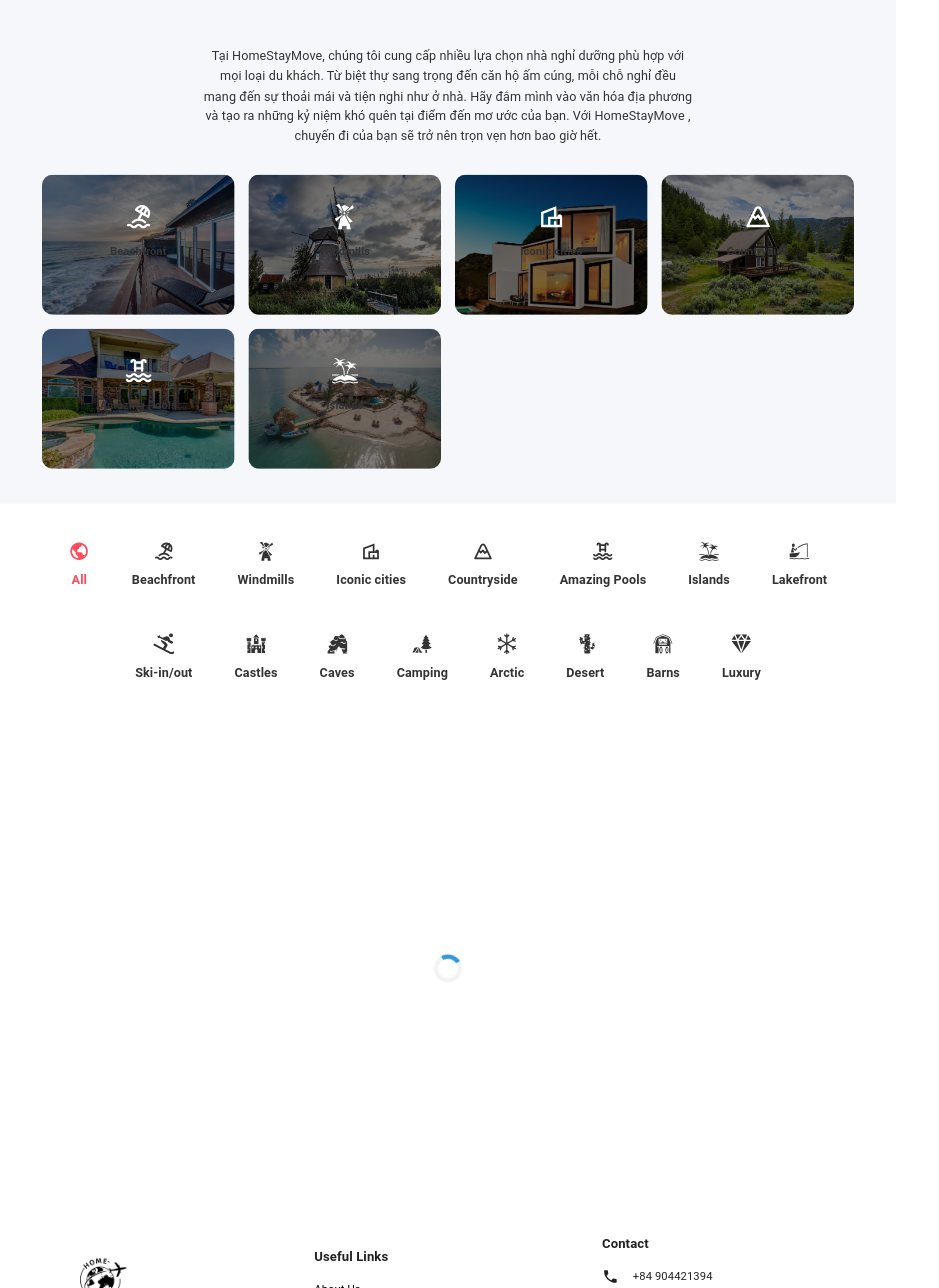
Repository: minhquang203/Homestay
Page: / (app in client/)
These files come from the project's save history. The page is drawn as it stood at one moment and after the next save; the edit follows.
The browser window is 1280 px wide. The page is 1342 px wide, so the pictures cover 1342 px, including what lies to the right of the window. The pictures show the part of the page from y = 841 to 2681 px (the page is 2782 px tall before and 2822 px after), at 70% of full size.
The page's requests for data from a server got no answer. The project was rebuilt for these pictures with package versions that can differ from the ones it lists, and the page was loaded fresh each time. No one was signed in, and anything a server would have sent is missing. Also part of the build but not shown: client/src/styles/ListingCard.scss, client/src/components/ListingCard.jsx, client/src/styles/variable.scss, client/src/styles/List.scss, client/src/pages/CategoryPage.jsx, client/src/styles/CreateListing.scss, client/src/pages/CreateListing.jsx, client/src/styles/ListingDetails.scss and 17 more.

Above is the page before, as saved 2025-04-03 23:58:48.

### client/public/index.html
<!DOCTYPE html>
<html lang="en">
  <head>
    <meta charset="utf-8" />
    <link rel="icon" href="%PUBLIC_URL%/favicon.ico" />
    <meta name="viewport" content="width=device-width, initial-scale=1" />
    <meta name="theme-color" content="#000000" />
    <meta
      name="description"
      content="Web site created using create-react-app"
    />
    <link rel="apple-touch-icon" href="%PUBLIC_URL%/logo192.png" />
    <link rel="manifest" href="%PUBLIC_URL%/manifest.json" />
    <link rel="preconnect" href="https://fonts.googleapis.com">
    <link rel="preconnect" href="https://fonts.gstatic.com" crossorigin>
    <link href="https://fonts.googleapis.com/css2?family=Nunito:ital,wght@0,200..1000;1,200..1000&display=swap" rel="stylesheet">
    <title>HomeStayMove</title>
  </head>
  <body>
    <div id="root"></div>

  </body>
</html>

### client/src/index.js
import { CssBaseline, ThemeProvider, createTheme } from "@mui/material"; // Thêm vào đây
import React from "react";
import ReactDOM from "react-dom/client";
import { Provider } from "react-redux";
import { PersistGate } from "redux-persist/integration/react";
import App from "./App";
import { persistor, store } from "./Redux/store";

// Tạo theme tùy chỉnh nếu cần thiết
const theme = createTheme({
  palette: {
    primary: {
      main: "#1976d2", // Màu chủ đạo
    },
    secondary: {
      main: "#dc004e", // Màu phụ
    },
  },
});

const root = ReactDOM.createRoot(document.getElementById("root"));
root.render(
  <React.StrictMode>
    <Provider store={store}>
      <PersistGate loading={null} persistor={persistor}>
        <ThemeProvider theme={theme}>
          <CssBaseline />
          <App />
        </ThemeProvider>
      </PersistGate>
    </Provider>
  </React.StrictMode>
);

### client/src/App.css
* {
  margin: 0;
  padding: 0;
  box-sizing: border-box;
  font-family: 'Nunito'sans-serif;
}

### client/src/pages/HomePage.jsx
import Categories from "../components/Categories";
import Footer from "../components/Footer";
import Listings from "../components/Listings";
import Navbar from '../components/Navbar';
import Slide from "../components/Slide";



const HomePage = () => {

  // Lấy thông tin người dùng từ Redux state
  return <div>
    <Navbar/>
    <Slide/>
    <Categories/>
    <Listings/>
    <Footer />
  </div>;
};

export default HomePage;

### client/src/components/Footer.jsx
import { Email, LocalPhone } from "@mui/icons-material";
import { Link } from "react-router-dom";
import "../styles/Footer.scss";
const Footer = () => {
  return (
    <div className="footer">
      <div className="footer_left">
        <a href="/">
          <img src="/assets/logo.png" alt="logo" />
        </a>
      </div>

      <div className="footer_center">
        <h3>Useful Links</h3>
        <ul>
          <li>
            <Link to="/about-us">About Us</Link>
          </li>
          <li>
            <Link to="/terms-and-conditions">Terms and Conditions</Link>
          </li>
          <li>
            <Link to="/return-and-refund-policy">Return and Refund Policy</Link>
          </li>
        </ul>
      </div>

      <div className="footer_right">
        <h3>Contact</h3>
        <div className="footer_right_info">
          <LocalPhone />
          <p>+84 904421394</p>
        </div>
        <div className="footer_right_info">
          <Email />
          <p>homestay@gmail.com</p>
          <p>tranminhquang082003@gmail.com</p>
        </div>
        <img src="/assets/payment.png" alt="payment" />
      </div>
    </div>
  );
};

export default Footer;

### client/src/components/Loader.jsx
import "../styles/Loader.scss";

const Loader = () => {
  return (
    <div className="loader">
      <div className="loader-inner"></div>
    </div>
  );
};

export default Loader;

### client/src/components/Navbar.jsx
import { Menu, Person, Search } from "@mui/icons-material";
import { IconButton } from "@mui/material";
import { useState } from "react";
import { useDispatch, useSelector } from "react-redux";
import { Link, useNavigate } from "react-router-dom";
import { setLogout } from "../Redux/state";
import "../styles/Navbar.scss";
import variables from "../styles/variable.scss";

const Navbar = () => {
  const [dropdownMenu, setDropdownMenu] = useState(false);
  const user = useSelector((state) => state.user);
  const dispatch = useDispatch();
  const [search, setSearch] = useState("")
  const navigate = useNavigate();

  const handleLogout = () => {
    dispatch(setLogout());
    navigate("/login");
  };

  return (
    <div className="navbar">
      <Link to="/">
        <img src="/assets/logo.png" alt="logo" />
      </Link>

      <div className="navbar_search">
        <input
          type="text"
          placeholder="Search ..."
          value={search}
          onChange={(e) => setSearch(e.target.value)}
        />
        <IconButton disabled={search === ""}>
          <Search
            sx={{ color: variables.pinkred }}
            onClick={() => {navigate(`/properties/search/${search}`)}}
          />
        </IconButton>
      </div>

      <div className="navbar_right">
        {/* Hiển thị điều kiện tùy theo trạng thái người dùng */}
        <Link to={user ? "/create-listing" : "/login"} className="navbar_right_host">
          Tạo phòng cho thuê
        </Link>

        {/* Nút tài khoản để mở menu thả xuống */}
        <button
          className="navbar_right_account"
          onClick={() => setDropdownMenu((prev) => !prev)} // Chuyển đổi trạng thái menu thả xuống
        >
          <Menu sx={{ color: variables.darkgrey }} />
          <Person sx={{ color: variables.darkgrey }} />
        </button>

        {/* Menu thả xuống cho người dùng đã đăng nhập */}
        {dropdownMenu && user && (
          <div className="navbar_right_accountmenu">
            <Link to="/profile">Thông Tin</Link>
            <Link to={`/${user._id}/trips`}>Danh sách chuyến đi</Link>
            <Link to={`/${user._id}/wishList`}>Yêu thích </Link>
            <Link to={`/${user._id}/properties`}>Phòng cho thuê </Link>
            <Link to={`/${user._id}/reservations`}>Đặt chỗ </Link>
            <Link to="/login" onClick={handleLogout}>
              Đăng xuất
            </Link>
          </div>
        )}

        {/* Menu thả xuống cho người dùng chưa đăng nhập */}
        {dropdownMenu && !user && (
          <div className="navbar_right_accountmenu">
            <Link to="/login">Đăng nhập</Link>
            <Link to="/register">Đăng ký</Link>
          </div>
        )}
      </div>
    </div>
  );
};

export default Navbar;

### client/src/components/Categories.jsx
import { Link } from "react-router-dom";
import { categories } from "../data";
import "../styles/Categories.scss";

const Categories = () => {
  return (
    <div className="categories">
      <h1>Khám phá các danh mục hàng đầu</h1>
      <p>
        Tại HomeStayMove, chúng tôi cung cấp nhiều lựa chọn nhà nghỉ dưỡng phù hợp
        với mọi loại du khách. Từ biệt thự sang trọng đến căn hộ ấm cúng, mỗi
        chỗ nghỉ đều mang đến sự thoải mái và tiện nghi như ở nhà. Hãy đắm mình
        vào văn hóa địa phương và tạo ra những kỷ niệm khó quên tại điểm đến mơ
        ước của bạn. Với HomeStayMove , chuyến đi của bạn sẽ trở nên trọn vẹn hơn
        bao giờ hết.
      </p>

      <div className="categories_list">
        {categories?.slice(1, 7).map((category, index) => (
          <Link to={`/properties/category/${category.label}`}>
            <div className="category">
              <img src={category.img} alt={category.label} />
              <div className="overlay">
                <div className="category_text">
                  <div className="category_text_icon">
                    {category.icon}
                    <p>{category.label}</p>
                  </div>
                </div>
              </div>
            </div>
          </Link>
        ))}
      </div>
    </div>
  );
};

export default Categories;

### client/src/components/Listings.jsx
import { useEffect, useState } from "react";
import { useDispatch, useSelector } from "react-redux";
import { categories } from "../data";
import { setListings } from "../Redux/state";
import "../styles/Listings.scss";
import ListingCard from "./ListingCard";
import Loader from "./Loader";

const Listings = () => {
  const dispatch = useDispatch();
  const [loading, setLoading] = useState(true);

  const [selectedCategory, setSelectedCategory] = useState("All");

  const listings = useSelector((state) => state.listings);

  const getFeedListings = async () => {
    try {
      const response = await fetch(
        selectedCategory !== "All"
          ? `http://localhost:3002/properties?category=${selectedCategory}`
          : "http://localhost:3002/properties",
        {
          method: "GET",
        }
      );

      const data = await response.json();
      dispatch(setListings({ listings: data }));
      setLoading(false);
    } catch (err) {
      console.log("Fetch Listings Failed", err.message);
    }
  };

  useEffect(() => {
    getFeedListings();
  }, [selectedCategory]);

  return (
    <>
      <div className="category-list">
        {categories?.map((category, index) => (
          <div
            className={`category ${category.label === selectedCategory ? "selected" : ""}`}
            key={index}
            onClick={() => setSelectedCategory(category.label)}
          >
            <div className="category_icon">{category.icon}</div>
            <p>{category.label}</p>
          </div>
        ))}
      </div>

      {loading ? (
        <Loader />
      ) : (
        <div className="listings">
          {listings.map(
            ({
              _id,
              creator,
              listingPhotoPaths,
              city,
              province,
              country,
              category,
              type,
              price,
              booking = false
            }) => (
              <ListingCard
                key={_id}
                listingId={_id}
                creator={creator}
                listingPhotoPaths={listingPhotoPaths}
                city={city}
                province={province}
                country={country}
                category={category}
                type={type}
                price={price}
                booking ={booking}
              />
            )
          )}
        </div>
      )}
    </>
  );
};

export default Listings;

### client/src/components/Slide.jsx
import "../styles/Slide.scss";

const Slide = () => {
  return (
    <div className="slidePage">
      <h1>
        "Hành trình mới đang chờ đón bạn <hr/>   Đặt chuyến đi ngay hôm nay cùng
        HomeStayMoves !
      </h1>
    </div>
  );
};

export default Slide;

### client/src/styles/Footer.scss
@import "./variable.scss";
@import "./breakpoints.scss";

.footer {
  display: flex;
  justify-content: space-between;
  align-items: center;
  gap: 50px;
  padding: 10px 70px;

  @include lg {
    padding: 10px 30px;
  }

  &_left {
    max-width: 400px;

    img {
      max-width: 150px;
      margin-bottom: 20px;
    }

    &_socials {
      display: flex;
      gap: 25px;
      margin-top: 20px;

      &_icon {
        width: 40px;
        height: 40px;
        border-radius: 50%;
        background-color: $pinkred;
        display: flex;
        justify-content: center;
        align-items: center;
        cursor: pointer;
        transition: all 0.5s ease-in-out;

        &:hover {
          transform: scale(1.2);
        }
      }
    }
  }

  &_center {
    text-decoration: none;

    ul {
      list-style: none;
      margin-top: 20px;
      cursor: pointer;

      li:hover {
        color: $pinkred
      }

      a {
        text-decoration: none;
        color: black;

        &:hover {
          color: $pinkred;
        }
      }
    }

    @include md {
      display: none;
    }
  }

  &_right {
    max-width: 350px;

    h3 {
      margin-bottom: 20px;
    }

    &_info {
      display: flex;

      p {
        margin-left: 20px;
        margin-bottom: 15px;
      }
    }

    @include sm {
      display: none;
    }
  }
}

### client/src/styles/Loader.scss
.loader {
    display: flex;
    justify-content: center;
    align-items: center;
    height: 100vh;
  }

  .loader-inner {
    border: 6px solid #f3f3f3;
    border-top: 6px solid #3498db;
    border-radius: 50%;
    width: 40px;
    height: 40px;
    animation: spin 2s linear infinite;
  }

  @keyframes spin {
    0% { transform: rotate(0deg); }
    100% { transform: rotate(360deg); }
  }

### client/src/styles/Navbar.scss
@import "./breakpoints.scss";
@import "./variable.scss";

.navbar {
  padding: 10px 60px;
  display: flex;
  justify-content: space-between;
  align-items: center;
  position: relative;
  background-color: #ffff;
  box-shadow: $box-shadow-small;  // Dùng biến shadow nhỏ cho navbar

  @include media-query(sm) {
    padding: 10px 20px;
  }

  img {
    width: 100px;
    cursor: pointer;
  }

  &_search {
    border: 1px solid $grey;
    border-radius: 30px;
    height: 50px;
    padding: 0 20px;
    display: flex;
    gap: 20px;
    align-items: center;
    width: 350px;

    input {
      border: none;
      outline: none;
      flex: 1;
      padding: 5px 10px;
    }

    &:hover {
      box-shadow: $box-shadow-small;
    }

    @include media-query(lg) {
      width: 500px;
    }

    @include media-query(sm) {
      display: none;
    }
  }

  &_right {
    display: flex;
    align-items: center;
    gap: 20px;

    .navbar_right_host {
      text-decoration: none;
      color: $darkgrey;
      font-weight: 700;
      cursor: pointer;

      &:hover {
        color: $pinkred;
      }

      @include media-query(sm) {
        display: none;
      }
    }

    &_account {
      height: 50px;
      display: flex;
      align-items: center;
      padding: 0 10px;
      border: 1px solid $grey;
      border-radius: 30px;
      gap: 10px;
      background-color: #ffff;
      cursor: pointer;
      transition: box-shadow 0.3s ease;

      &:hover {
        box-shadow: $box-shadow-large;
      }

      svg {
        color: $darkgrey;
      }
    }

    &_accountmenu {
      position: absolute;
      background-color: #ffff;
      right: 60px;
      top: 80px;
      display: flex;
      flex-direction: column;
      width: 200px;
      padding: 10px 0;
      border: 1px solid $lightgrey;
      border-radius: 20px;
      box-shadow: $box-shadow-large;
      z-index: 9999;

      @include media-query(sm) {
        right: 20px;
      }

      a {
        width: 100%;
        padding: 8px 15px;
        text-decoration: none;
        color: $grey;
        font-weight: 700;
        display: block;

        &:hover {
          color: $pinkred;
          background-color: rgba(217, 213, 213, 0.2);
        }
      }
    }
  }
}

### client/src/styles/breakpoints.scss
  $breakpoints: (
    xs: 480px,
    sm: 768px,
    md: 992px,
    lg: 1200px,
    xl: 1400px
  );

  // Mixin media-query để dễ sử dụng các điểm ngắt
  @mixin media-query($size) {
    $breakpoint: map-get($breakpoints, $size);

    @if $breakpoint {
      @media (max-width: #{$breakpoint}) {
        @content;
      }
    } @else {
      @warn "Breakpoint '#{$size}' không tồn tại trong danh sách breakpoints!";
    }
  }
  @mixin sm {
    @media (max-width: map-get($breakpoints, "sm")) {
        @content;
    }
}

@mixin mm {
    @media (max-width: map-get($breakpoints, "mm")) {
        @content;
    }
}

@mixin md {
    @media (max-width: map-get($breakpoints, "md")) {
        @content;
    }
}

@mixin ml {
    @media (max-width: map-get($breakpoints, "ml")) {
        @content;
    }
}

@mixin lg {
    @media (max-width: map-get($breakpoints, "lg")) {
        @content;
    }
}

@mixin xl {
    @media (max-width: map-get($breakpoints, "xl")) {
        @content;
    }
}

  // Mixin để tạo kiểu cho button
  @mixin buttonStyle {
    padding: 10px 15px;
    background-color: $pinkred;
    border: none;
    font-size: 20px;
    font-weight: 600;
    cursor: pointer;
    transform: 0.3s ease;
    color: white;
    border-radius: 10px;
  }
  // Mixin flex-center để căn giữa các phần tử theo cả chiều ngang và dọc
@mixin flex-center {
  display: flex;
  justify-content: center;
  align-items: center;
}

### client/src/styles/Categories.scss
@import "./variable.scss";
@import "./breakpoints.scss";

.categories {
  padding: 50px 60px;
  display: flex;
  flex-direction: column;
  align-items: center;
  text-align: center;
  background-color: $lightgrey;

  h1 {
    color: $blue;
    font-size: 36px;
    font-weight: 800;
    margin-bottom: 20px;
  }

  p {
    max-width: 700px;
    font-size: 18px;
    color: $darkgrey;
    line-height: 1.6;
    margin-bottom: 40px;
  }

  .categories_list {
    display: grid;
    grid-template-columns: repeat(auto-fit, minmax(250px, 1fr));
    gap: 20px;
    width: 100%;

    a {
      text-decoration: none;
    }

    .category {
      position: relative;
      display: flex;
      justify-content: center;
      align-items: center;
      width: 100%;
      height: 200px;
      overflow: hidden;
      border-radius: 15px;
      cursor: pointer;
      transition: transform 0.3s ease, box-shadow 0.3s ease;

      img {
        position: absolute;
        width: 100%;
        height: 100%;
        object-fit: cover;
        transition: transform 0.3s ease;
      }

      .overlay {
        position: absolute;
        width: 100%;
        height: 100%;
        background-color: rgba(0, 0, 0, 0.5);
        transition: background-color 0.3s ease;
        display: flex;
        justify-content: center;
        align-items: center;
      }

      &_text {
        position: relative;
        color: white;
        text-align: center;
        z-index: 2;

        &_icon {
          font-size: 40px;
          margin-bottom: 10px;
        }

        p {
          font-size: 16px;
          font-weight: 600;
        }
      }

      &:hover {
        transform: translateY(-5px);
        box-shadow: 0 10px 20px rgba(0, 0, 0, 0.2);

        img {
          transform: scale(1.1);
        }

        .overlay {
          background-color: rgba(0, 0, 0, 0.7);
        }
      }
    }
  }
}

### client/src/styles/Listings.scss
@import "./variable.scss";
@import "./breakpoints.scss";

.category-list {
  padding: 50px 80px;
  display: flex;
  justify-content: center;
  flex-wrap: wrap;
  gap: 60px;

  @include sm {
    padding: 50px 20px;
  }

  .category {
    display: flex;
    flex-direction: column;
    align-items: center;
    color: $darkgrey;
    cursor: pointer;

    &_icon {
      font-size: 30px;
    }

    p {
      font-size: 18px;
      font-weight: 700;
    }

    &:hover {
      color: $pinkred;
    }
  }

  .selected {
    color: $pinkred;
  }
}

.listings {
  padding: 0 60px 120px;
  display: flex;
  flex-wrap: wrap;
  justify-content: center;
  gap: 5px;

  @include lg {
    padding: 0 20px 120px;
  }
}

### client/src/styles/Slide.scss
.slidePage {
  width: 100vw;
  height: 80vh;
  background: linear-gradient(rgba(0, 0, 0, 0.5), rgba(0, 0, 0, 0.5)),
    url("../../public/assets/slide.jpg");
  background-position: center top;
  background-size: contain;

  display: flex;
  justify-content: center;
  align-items: center;
  text-align: center;
  position: relative;

  animation: moveRight 2s ease-out forwards; /* Di chuyển từ trái sang phải */
}

// /* Định nghĩa keyframe cho hiệu ứng chuyển động từ trái sang phải */
// @keyframes moveRight {
//   0% {
//     transform: translateX(-100%); /* Bắt đầu bên ngoài màn hình (trái) */
//   }
//   100% {
//     transform: translateX(0); /* Kết thúc tại vị trí ban đầu */
//   }
// }

h1 {
  padding: 40px 20px;
  font-size: 40px;
  text-align: center;
  color: white;
  z-index: 1; /* Đảm bảo văn bản luôn ở trên hình nền */
  position: relative;
}

Loaded but not shown: client/src/data.js (270 lines, source omitted); client/src/App.js (46 lines, source omitted); client/src/Redux/state.js (69 lines, source omitted); client/src/Redux/store.js (38 lines, source omitted)

After the next save:
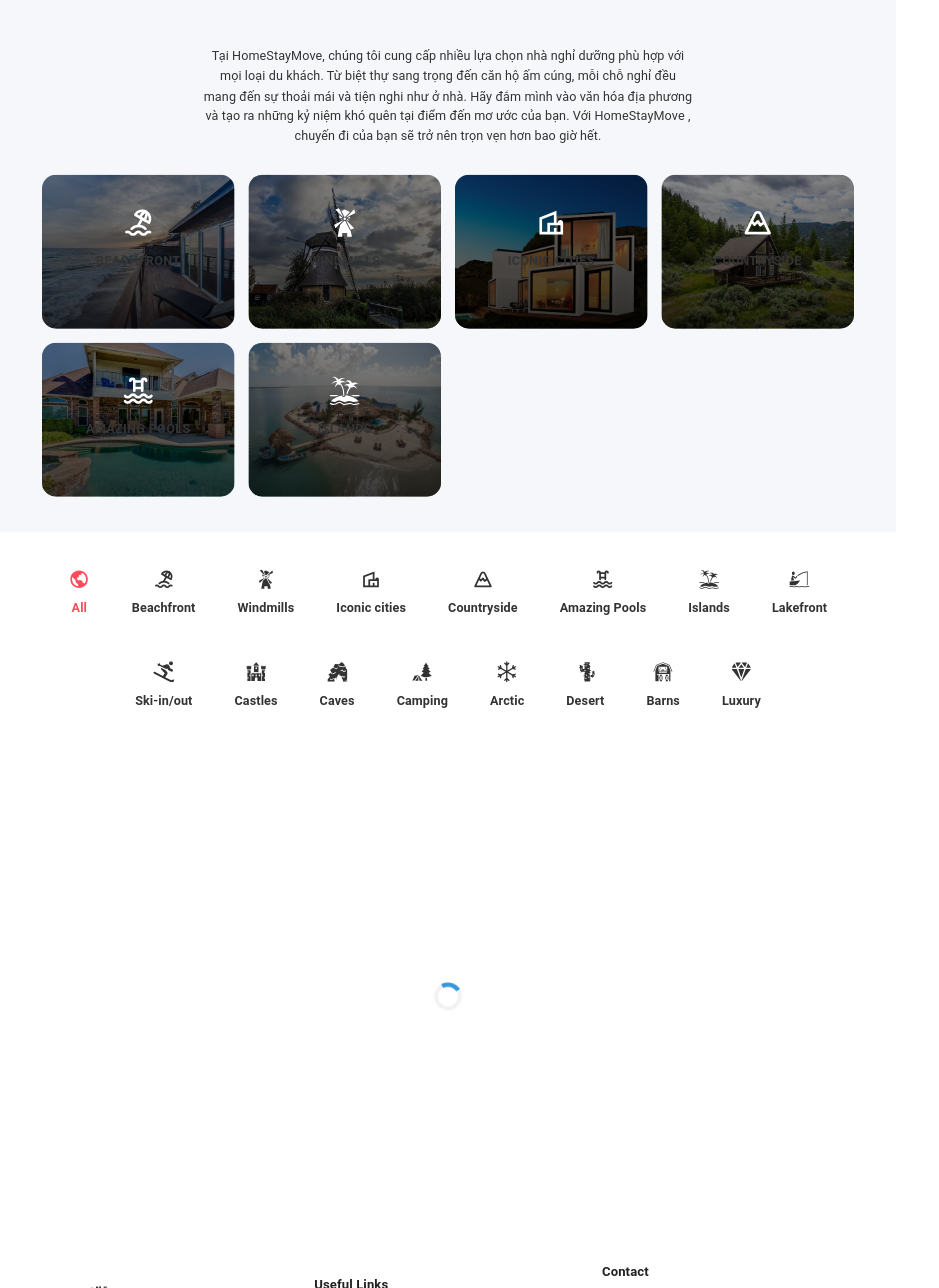
Saved 30 s later.
--- a/client/src/styles/Categories.scss
+++ b/client/src/styles/Categories.scss
@@ -40,26 +40,27 @@
       justify-content: center;
       align-items: center;
       width: 100%;
-      height: 200px;
+      height: 220px;
       overflow: hidden;
-      border-radius: 15px;
+      border-radius: 20px;
       cursor: pointer;
-      transition: transform 0.3s ease, box-shadow 0.3s ease;
+      transition: transform 0.4s ease, box-shadow 0.4s ease;
 
       img {
         position: absolute;
         width: 100%;
         height: 100%;
         object-fit: cover;
-        transition: transform 0.3s ease;
+        transition: transform 0.4s ease, filter 0.4s ease;
+        filter: brightness(0.8);
       }
 
       .overlay {
         position: absolute;
         width: 100%;
         height: 100%;
-        background-color: rgba(0, 0, 0, 0.5);
-        transition: background-color 0.3s ease;
+        background: linear-gradient(180deg, rgba(0, 0, 0, 0.3), rgba(0, 0, 0, 0.7));
+        transition: background-color 0.4s ease;
         display: flex;
         justify-content: center;
         align-items: center;
@@ -72,26 +73,34 @@
         z-index: 2;
 
         &_icon {
-          font-size: 40px;
+          font-size: 45px;
           margin-bottom: 10px;
+          transition: transform 0.4s ease;
         }
 
         p {
-          font-size: 16px;
-          font-weight: 600;
+          font-size: 18px;
+          font-weight: 700;
+          letter-spacing: 0.5px;
+          text-transform: uppercase;
         }
       }
 
       &:hover {
-        transform: translateY(-5px);
-        box-shadow: 0 10px 20px rgba(0, 0, 0, 0.2);
+        transform: translateY(-10px);
+        box-shadow: 0 15px 30px rgba(0, 0, 0, 0.3);
 
         img {
           transform: scale(1.1);
+          filter: brightness(1);
         }
 
         .overlay {
-          background-color: rgba(0, 0, 0, 0.7);
+          background: linear-gradient(180deg, rgba(0, 0, 0, 0.5), rgba(0, 0, 0, 0.9));
+        }
+
+        &_text_icon {
+          transform: scale(1.2);
         }
       }
     }
